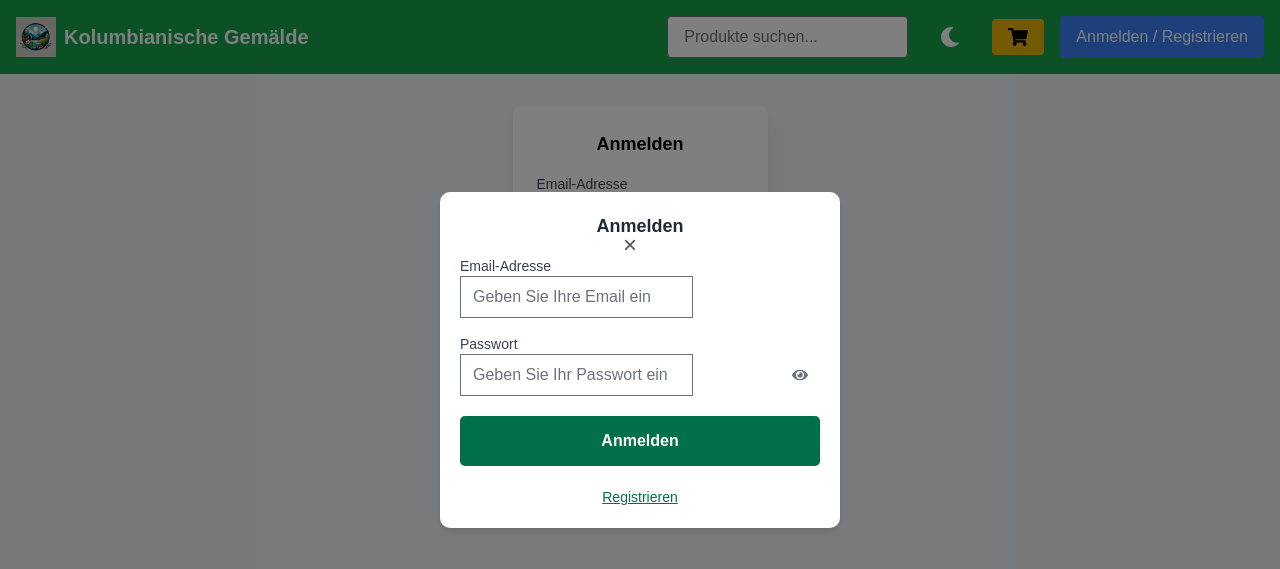
Repository: alixchaparrov/bilder-shop
Page: /, after clicking the first element matching `button.bg-blue-500`
An editor plug-in stored every save of this project. The page is shown before and after the next save, followed by the edit.
The browser window is 1280 px wide. The pictures show the whole page.
The page's requests for data from a server got no answer. The project was rebuilt for these pictures with package versions that can differ from the ones it lists, and the page was loaded fresh each time. The framework's server and built-in components were replaced by stand-ins that run in the browser. No one was signed in, and anything a server would have sent is missing. Also part of the build but not shown: next.config.ts, src/store/cartStore.ts, src/app/components/ProductCard.tsx.

Above is the page before, as saved 2025-01-06 16:45:06.

### src/app/layout.tsx
"use client";

import "./globals.css";
import { AuthProvider } from "../context/AuthContext";

export default function RootLayout({
  children,
}: {
  children: React.ReactNode;
}) {
  return (
    <html lang="de">
      <head>
        <title>Kolumbianische Gemälde</title>
        <meta
          name="description"
          content="Galerie von kolumbianischen Landschaftsgemälden. Entdecken Sie die Schönheit Kolumbiens durch unsere einzigartigen Kunstwerke."
        />
        <meta
          name="keywords"
          content="Kolumbianische Kunst, Landschaftsgemälde, Gemälde kaufen"
        />
        <link rel="icon" href="/favicon.ico" />
      </head>
      <body>
        <AuthProvider>
          {children}
        </AuthProvider>
      </body>
    </html>
  );
}

### src/app/page.tsx
"use client";

import { useState, useEffect } from "react";
import client from "@/lib/sanity";
import ProductCard from "@/app/components/ProductCard";
import Navbar from "@/app/components/Navbar";
import { useCartStore } from "@/store/cartStore";
import { useAuth } from "../context/AuthContext";

export default function Home() {
  const [searchQuery, setSearchQuery] = useState(""); // Estado para la búsqueda
  const [darkMode, setDarkMode] = useState(false); // Estado para modo oscuro
  const [products, setProducts] = useState([]); // Estado para los productos
  const { user, login, register } = useAuth(); // Contexto de autenticación
  const [currentPage, setCurrentPage] = useState(1); // Estado para la paginación
  const itemsPerPage = 6; // Número de productos por página
  const [email, setEmail] = useState("");
  const [password, setPassword] = useState("");
  const [error, setError] = useState<string | null>(null);

  useEffect(() => {
    const fetchProducts = async () => {
      try {
        const fetchedProducts = await client.fetch(`*[_type == "product"]`);
        setProducts(fetchedProducts);
      } catch (err) {
        console.error("Error al cargar productos:", err);
      }
    };

    fetchProducts();
  }, []);

  const handleLogin = async (e: React.FormEvent) => {
    e.preventDefault();
    setError(null);
    try {
      await login(email, password);
    } catch (err: any) {
      setError(err.message || "Error al iniciar sesión.");
    }
  };

  const filteredProducts = products.filter((product) =>
    product.name.toLowerCase().includes(searchQuery.toLowerCase())
  );

  const totalPages = Math.ceil(filteredProducts.length / itemsPerPage);

  const displayedProducts = filteredProducts.slice(
    (currentPage - 1) * itemsPerPage,
    currentPage * itemsPerPage
  );

  if (!user) {
    // Mostrar formulario de inicio de sesión
    return (
      <div
        className={`min-h-screen flex flex-col ${
          darkMode ? "bg-gray-900 text-white" : "bg-gray-100 text-black"
        }`}
      >
        <Navbar
          searchQuery={searchQuery}
          setSearchQuery={setSearchQuery}
          toggleDarkMode={() => setDarkMode(!darkMode)}
          darkMode={darkMode}
        />
        <main className="flex-grow pt-24 p-4 sm:p-8 max-w-7xl mx-auto">
          <div className="bg-white rounded-lg shadow-lg p-6 w-full max-w-sm mx-auto">
            <h2 className="text-lg font-semibold text-center mb-4">Anmelden</h2>
            {error && <p className="text-red-500 text-sm">{error}</p>}
            <form onSubmit={handleLogin} className="space-y-4">
              <div>
                <label htmlFor="email" className="block text-sm font-medium text-gray-700">
                  Email-Adresse
                </label>
                <input
                  id="email"
                  type="email"
                  placeholder="Email"
                  value={email}
                  onChange={(e) => setEmail(e.target.value)}
                  className="mt-1 block w-full rounded-md border-gray-300 shadow-sm focus:ring-blue-500 focus:border-blue-500 sm:text-sm"
                  required
                />
              </div>
              <div>
                <label htmlFor="password" className="block text-sm font-medium text-gray-700">
                  Passwort
                </label>
                <input
                  id="password"
                  type="password"
                  placeholder="Passwort"
                  value={password}
                  onChange={(e) => setPassword(e.target.value)}
                  className="mt-1 block w-full rounded-md border-gray-300 shadow-sm focus:ring-blue-500 focus:border-blue-500 sm:text-sm"
                  required
                />
              </div>
              <button
                type="submit"
                className="w-full bg-blue-500 hover:bg-blue-600 text-white font-semibold py-2 rounded-md focus:outline-none"
              >
                Anmelden
              </button>
            </form>
          </div>
        </main>
      </div>
    );
  }

  // Mostrar productos si el usuario está autenticado
  return (
    <div
      className={`min-h-screen flex flex-col ${
        darkMode ? "bg-gray-900 text-white" : "bg-gray-100 text-black"
      }`}
    >
      <Navbar
        searchQuery={searchQuery}
        setSearchQuery={setSearchQuery}
        toggleDarkMode={() => setDarkMode(!darkMode)}
        darkMode={darkMode}
      />
      <main className="flex-grow pt-24 p-4 sm:p-8 max-w-7xl mx-auto">
        <h2 className="text-2xl sm:text-3xl lg:text-4xl font-semibold text-center mb-6">
          Unsere Gemälde
        </h2>
        {filteredProducts.length > 0 ? (
          <div className="grid grid-cols-1 sm:grid-cols-2 lg:grid-cols-3 gap-6">
            {displayedProducts.map((product) => (
              <ProductCard key={product._id} product={product} />
            ))}
          </div>
        ) : (
          <p className="text-center text-gray-500">Keine Produkte gefunden.</p>
        )}

        <div className="flex justify-center items-center mt-8 space-x-4">
          <button
            className="bg-gray-300 px-4 py-2 rounded-lg"
            disabled={currentPage === 1}
            onClick={() => setCurrentPage(1)}
          >
            Inicio
          </button>
          <button
            className="bg-gray-300 px-4 py-2 rounded-lg"
            disabled={currentPage === 1}
            onClick={() => setCurrentPage(currentPage - 1)}
          >
            Anterior
          </button>
          <span>
            Página {currentPage} de {totalPages}
          </span>
          <button
            className="bg-gray-300 px-4 py-2 rounded-lg"
            disabled={currentPage === totalPages}
            onClick={() => setCurrentPage(currentPage + 1)}
          >
            Siguiente
          </button>
          <button
            className="bg-gray-300 px-4 py-2 rounded-lg"
            disabled={currentPage === totalPages}
            onClick={() => setCurrentPage(totalPages)}
          >
            Final
          </button>
        </div>
      </main>
    </div>
  );
}

### src/app/globals.css
@tailwind base;
@tailwind components;
@tailwind utilities;

/* Variables de color */
:root {
  --background: #ffffff; /* Fondo claro */
  --foreground: #000000; /* Texto oscuro */
  --primary: #00704A; /* Verde primario */
  --secondary: #FFB400; /* Amarillo vibrante */
  --accent: #D62828; /* Rojo cálido */
}

.dark {
  --background: #000000; /* Fondo oscuro */
  --foreground: #ffffff; /* Texto claro */
  --primary: #34D399; /* Verde más claro para fondo oscuro */
  --secondary: #FACC15; /* Amarillo claro para fondo oscuro */
  --accent: #EF4444; /* Rojo vibrante */
}

@media (prefers-color-scheme: dark) {
  :root {
    --background: #0a0a0a;
    --foreground: #ededed;
  }
}

/* Estilo general */
body {
  color: var(--foreground);
  background: var(--background);
  font-family: Arial, Helvetica, sans-serif;
  line-height: 1.6; /* Mejor legibilidad */
}

/* Espaciado adicional */
main {
  padding-top: 6rem; /* Más espacio debajo de la barra de navegación */
}

/* Botones */
.btn-primary {
  @apply px-4 py-2 font-bold rounded transition duration-300;
}

.btn-green {
  @apply bg-green-500 text-white px-4 py-2 rounded-lg hover:bg-green-600 active:scale-95 shadow-sm;
}

.btn-yellow {
  @apply bg-yellow-500 text-black px-4 py-2 rounded-lg hover:bg-yellow-600 active:scale-95 shadow-sm;
}

.btn-gray {
  @apply bg-gray-600 text-gray-400 opacity-50 cursor-not-allowed shadow-none px-4 py-2;
}

/* Botón del carrito */
.cart-button {
  @apply relative flex items-center justify-center p-2 rounded-full bg-yellow-500 hover:bg-yellow-600 transition-colors duration-300 shadow-md;
}

.cart-counter {
  @apply absolute -top-1 -right-1 bg-red-500 text-white rounded-full w-6 h-6 flex items-center justify-center text-sm font-bold shadow-lg;
}

/* Iconos */
.icon-cart {
  @apply flex items-center justify-center rounded-full p-2 shadow-md;
  background-color: var(--secondary);
  color: var(--foreground);
  transition: transform 0.3s;
}

.icon-cart:hover {
  @apply scale-105;
}

.icon-cart-badge {
  @apply absolute bg-red-500 text-white rounded-full flex items-center justify-center text-xs font-bold;
  width: 1.5rem;
  height: 1.5rem;
  top: -0.5rem;
  right: -0.5rem;
  box-shadow: 0 2px 4px rgba(0, 0, 0, 0.2);
}

/* Modal del carrito */
.modal-overlay {
  @apply fixed inset-0 bg-black bg-opacity-60 flex justify-center items-center z-50;
}

.modal-content {
  @apply bg-white text-black dark:bg-gray-800 dark:text-gray-200 p-6 rounded-lg shadow-lg max-w-lg w-full;
}

.modal-content .text-lg {
  font-size: 1.125rem;
}

.modal-content .text-xl {
  font-size: 1.25rem;
  font-weight: bold;
  color: var(--primary); /* Usa tu color principal */
}


.modal-header {
  @apply text-lg font-bold mb-4 text-center;
}

.modal-close {
  @apply mt-4 w-full bg-gray-800 text-white py-2 rounded hover:bg-gray-700 dark:bg-gray-600 dark:hover:bg-gray-500;
}

/* Estilo para las tarjetas */
.card {
  @apply bg-card shadow-card rounded-lg overflow-hidden flex flex-col transition-transform duration-300 hover:scale-105 hover:shadow-lg;
}

.card-title {
  @apply text-lg sm:text-xl font-serif font-bold;
}

.card-description {
  @apply text-sm sm:text-base text-gray-600;
}

.card-price {
  @apply text-lg font-semibold text-accent mt-2;
}

.cart-button {
  @apply relative flex items-center justify-center p-2 rounded-full bg-yellow-500 hover:bg-yellow-600 transition-colors duration-300 shadow-md;
}

.cart-counter {
  @apply absolute -top-1 -right-1 bg-red-500 text-white rounded-full w-6 h-6 flex items-center justify-center text-sm font-bold shadow-lg;
}

/* Estilo para inputs */
input[type="text"] {
  @apply px-4 py-2 rounded border focus:outline-none focus:ring-2 focus:ring-secondary;
  transition: box-shadow 0.3s;
  color: #000 !important;
}

/* Transiciones suaves */
button {
  transition: transform 0.3s ease, background-color 0.3s ease, color 0.3s ease;
}

button:hover {
  transform: translateY(-2px);
}

button:active {
  transform: scale(0.95);
}

/* Contenedor de las tarjetas */
.grid-container {
  @apply gap-8;
}


/* Ajustes específicos para el diseño */
.navbar {
  @apply bg-primary text-textLight fixed top-0 left-0 right-0 z-50 flex justify-between items-center p-4;
}

.navbar input {
  @apply bg-white border-gray-300 rounded px-4 py-2 focus:outline-none focus:ring-2 focus:ring-secondary;
}

.footer {
  @apply bg-gray-800 text-white text-center py-6;
}

.modal {
  position: fixed; /* Para que esté fijo en la pantalla */
  top: 50%; /* Centrar verticalmente */
  left: 50%; /* Centrar horizontalmente */
  transform: translate(-50%, -50%); /* Ajuste para centrar correctamente */
  z-index: 1000; /* Asegúrate de que esté encima de otros elementos */
  background-color: white; /* Fondo del modal */
  padding: 20px; /* Espaciado interno */
  border-radius: 10px; /* Bordes redondeados */
  box-shadow: 0 4px 6px rgba(0, 0, 0, 0.1); /* Sombra */
  width: 90%; /* Ajusta el ancho según lo que necesites */
  max-width: 400px; /* Ancho máximo */
}

.modal-overlay {
  position: fixed;
  top: 0;
  left: 0;
  width: 100%;
  height: 100%;
  background: rgba(0, 0, 0, 0.6); /* Fondo semitransparente */
  display: flex;
  justify-content: center;
  align-items: center;
  z-index: 999; /* Por encima de todo */
}

.modal-content {
  background: white;
  border-radius: 10px; /* Bordes redondeados */
  box-shadow: 0 4px 12px rgba(0, 0, 0, 0.15); /* Sombra */
  padding: 20px;
  width: 90%; /* Asegura que se adapte a pantallas pequeñas */
  max-width: 400px; /* Ancho máximo */
  animation: fadeIn 0.3s ease-in-out; /* Animación */
}


@keyframes fadeIn {
  from {
    opacity: 0;
    transform: scale(0.9);
  }
  to {
    opacity: 1;
    transform: scale(1);
  }
}

.modal-close {
  position: absolute;
  top: 10px;
  right: 10px;
  background: none;
  border: none;
  font-size: 1.5rem;
  cursor: pointer;
  color: #555;
  transition: color 0.2s;
}

.modal-close:hover {
  color: #000;
}

/* Contenedor del modal */
.modal-container {
  position: relative;
  padding: 20px;
  border-radius: 10px;
  box-shadow: 0 4px 6px rgba(0, 0, 0, 0.1);
  width: 100%;
  max-width: 400px;
  background-color: #ffffff;
  display: flex;
  flex-direction: column;
  align-items: center;
}

/* Botón de cierre */
.modal-close {
  position: absolute;
  top: 10px;
  right: 10px;
  background: none;
  border: none;
  font-size: 1.5rem;
  color: #555;
  cursor: pointer;
  transition: color 0.3s;
}

.modal-close:hover {
  color: #000;
}

/* Botón principal */
.button {
  width: 100%;
  padding: 12px 20px;
  background-color: #00704A; /* Verde más atractivo */
  color: #ffffff;
  border: none;
  border-radius: 5px;
  font-size: 16px;
  font-weight: bold;
  text-align: center;
  cursor: pointer;
  transition: background-color 0.3s ease, transform 0.2s ease;
}

.button:hover {
  background-color: #005c3a;
  transform: scale(1.03);
}

/* Enlace */
.link {
  margin-top: 10px;
  font-size: 14px;
  color: #00704A;
  text-decoration: underline;
  cursor: pointer;
}

.link:hover {
  color: #005c3a;
}

/* Contenedor de botones */
.button-container {
  display: flex;
  flex-direction: column;
  gap: 10px;
  width: 100%;
  margin-top: 20px;
}

### src/context/AuthContext.tsx
import { createContext, useContext, useState, ReactNode } from "react";

interface User {
  id: number;
  name: string;
  email: string;
  role: string;
}

interface AuthContextType {
  user: User | null;
  login: (email: string, password: string) => Promise<void>;
  register: (name: string, email: string, password: string) => Promise<void>;
  logout: () => void;
}

const AuthContext = createContext<AuthContextType | null>(null);

export const AuthProvider = ({ children }: { children: ReactNode }) => {
  const [user, setUser] = useState<User | null>(null);

  const login = async (email: string, password: string): Promise<void> => {
    try {
      const response = await fetch("/api/auth/nextauth", {
        method: "POST",
        headers: { "Content-Type": "application/json" },
        body: JSON.stringify({ email, password }),
      });

      if (!response.ok) {
        const error = await response.json();
        throw new Error(error.error);
      }

      const data = await response.json();
      setUser(data.user);
    } catch (error) {
      console.error("Error en login:", error);
      throw error;
    }
  };

  const register = async (
    name: string,
    email: string,
    password: string
  ): Promise<void> => {
    try {
      const response = await fetch("/api/register", {
        method: "POST",
        headers: { "Content-Type": "application/json" },
        body: JSON.stringify({ name, email, password }),
      });

      if (!response.ok) {
        const error = await response.json();
        throw new Error(error.error);
      }

      const data = await response.json();
      setUser(data.user); // Puedes decidir si autenticar automáticamente después del registro
    } catch (error) {
      console.error("Error en register:", error);
      throw error;
    }
  };

  const logout = (): void => {
    setUser(null);
    localStorage.removeItem("user"); // Si estás usando almacenamiento persistente
    window.location.href = "/";
  };

  return (
    <AuthContext.Provider value={{ user, login, register, logout }}>
      {children}
    </AuthContext.Provider>
  );
};

export const useAuth = () => {
  const context = useContext(AuthContext);
  if (!context) {
    throw new Error("useAuth debe ser utilizado dentro de un AuthProvider.");
  }
  return context;
};

### src/lib/sanity.ts
import { createClient } from "@sanity/client";
import imageUrlBuilder from "@sanity/image-url";

const client = createClient({
  projectId: process.env.SANITY_PROJECT_ID || "mo3mvugi",
  dataset: process.env.SANITY_DATASET || "production",
  apiVersion: "2023-01-01",
  useCdn: true,
  token: process.env.SANITY_WRITE_TOKEN,
});

const builder = imageUrlBuilder(client);

export const urlFor = (source) => builder.image(source);

export default client;

### src/app/components/Navbar.tsx
"use client";

import { useState, useEffect } from "react";
import { useRouter } from "next/navigation";
import { useAuth } from "../../context/AuthContext";
import { FaShoppingCart, FaMoon, FaSun } from "react-icons/fa";
import AuthModal from "../components/AuthModalContent";

export default function Navbar({
  searchQuery,
  setSearchQuery,
  toggleDarkMode,
  darkMode,
}: {
  searchQuery: string;
  setSearchQuery: (value: string) => void;
  toggleDarkMode: () => void;
  darkMode: boolean;
}) {
  const [isCartOpen, setIsCartOpen] = useState(false);
  const [isAuthModalOpen, setIsAuthModalOpen] = useState(false);
  const { user, logout } = useAuth();
  const router = useRouter();

  useEffect(() => {
    if (user?.role === "admin") {
      router.push("/admin/dashboard"); // Redirigir automáticamente al dashboard si es admin
    }
  }, [user, router]);

  return (
    <nav className="flex justify-between items-center p-4 bg-green-600 text-white">
      <div className="flex items-center">
        <img src="/images/logo.png" alt="Logo" className="h-10 w-10 mr-2" />
        <h1 className="text-xl font-bold">Kolumbianische Gemälde</h1>
      </div>

      <div className="flex items-center space-x-4">
        <input
          type="text"
          placeholder="Produkte suchen..."
          className="px-4 py-2 rounded-lg text-black"
          value={searchQuery}
          onChange={(e) => setSearchQuery(e.target.value)}
        />
        <button className="px-4 py-2 rounded-lg" onClick={toggleDarkMode}>
          {darkMode ? <FaSun size={20} /> : <FaMoon size={20} />}
        </button>

        <button
          className="relative flex items-center space-x-2 bg-yellow-500 hover:bg-yellow-600 text-black px-4 py-2 rounded"
          onClick={() => setIsCartOpen(true)}
        >
          <FaShoppingCart size={20} />
        </button>

        {user ? (
          <div className="flex items-center space-x-4">
            <span>Willkommen, {user.name}</span>
            {user.role === "admin" && (
              <button
                className="bg-blue-500 hover:bg-blue-600 text-white px-4 py-2 rounded"
                onClick={() => router.push("/admin/dashboard")}
              >
                Dashboard
              </button>
            )}
            <button
              onClick={logout}
              className="bg-red-500 hover:bg-red-600 text-white px-4 py-2 rounded"
            >
              Abmelden
            </button>
          </div>
        ) : (
          <button
            onClick={() => setIsAuthModalOpen(true)}
            className="bg-blue-500 hover:bg-blue-600 text-white px-4 py-2 rounded"
          >
            Anmelden / Registrieren
          </button>
        )}
      </div>

      {/* Render del Modal */}
      {isAuthModalOpen && (
        <AuthModal onClose={() => setIsAuthModalOpen(false)} />
      )}
    </nav>
  );
}

### src/app/components/AuthModalContent.tsx
"use client";

import { useState } from "react";
import { useAuth } from "../../context/AuthContext";
import { FaUser, FaEye, FaEyeSlash } from "react-icons/fa";

export default function AuthModal({ onClose }: { onClose: () => void }) {
  const { login, register } = useAuth();
  const [name, setName] = useState("");
  const [email, setEmail] = useState("");
  const [password, setPassword] = useState("");
  const [isRegistering, setIsRegistering] = useState(false);
  const [error, setError] = useState<string | null>(null);
  const [showPassword, setShowPassword] = useState(false);
  const [loading, setLoading] = useState(false);

  const handleSubmit = async (e: React.FormEvent) => {
    e.preventDefault();
    setError(null);
    setLoading(true);
    try {
      if (isRegistering) {
        await register(name, email, password);
        alert("Registrierung erfolgreich");
      } else {
        await login(email, password);
        alert("Anmeldung erfolgreich");
      }
      onClose();
    } catch (err: any) {
      setError(err.message || "Ein Fehler ist aufgetreten.");
    } finally {
      setLoading(false);
    }
  };

  return (
    <div
      className="fixed inset-0 flex items-center justify-center bg-black bg-opacity-50 z-50"
      onClick={onClose}
    >
      <div className="modal-container">
  {/* Botón de cierre */}
  <button className="modal-close" onClick={onClose}>
    &times;
  </button>

  {/* Título */}
  <h2 className="text-lg font-semibold text-gray-800">
    {isRegistering ? "Registrieren" : "Anmelden"}
  </h2>

  {/* Formulario */}
  <form onSubmit={handleSubmit} className="w-full mt-4">
    <div>
      <label htmlFor="email" className="block text-sm font-medium text-gray-700">
        Email-Adresse
      </label>
      <input
        id="email"
        type="email"
        value={email}
        onChange={(e) => setEmail(e.target.value)}
        className="input"
        placeholder="Geben Sie Ihre Email ein"
        required
      />
    </div>
    <div className="mt-4">
      <label
        htmlFor="password"
        className="block text-sm font-medium text-gray-700"
      >
        Passwort
      </label>
      <div className="relative">
        <input
          id="password"
          type={showPassword ? "text" : "password"}
          value={password}
          onChange={(e) => setPassword(e.target.value)}
          className="input"
          placeholder="Geben Sie Ihr Passwort ein"
          required
        />
        <button
          type="button"
          onClick={() => setShowPassword(!showPassword)}
          className="absolute inset-y-0 right-0 flex items-center px-3 text-gray-500 focus:outline-none"
        >
          {showPassword ? <FaEyeSlash /> : <FaEye />}
        </button>
      </div>
    </div>

    {/* Botones y enlace */}
    <div className="button-container">
      <button type="submit" className="button">
        {isRegistering ? "Registrieren" : "Anmelden"}
      </button>
      <button
        type="button"
        onClick={() => setIsRegistering(!isRegistering)}
        className="link"
      >
        {isRegistering ? "Anmelden" : "Registrieren"}
      </button>
    </div>
  </form>
</div>

    </div>
  );
}

### tailwind.config.ts
import type { Config } from "tailwindcss";

const config: Config = {
  content: [
    "./src/**/*.{js,ts,jsx,tsx}",
    "./src/pages/**/*.{js,ts,jsx,tsx}",
    "./src/components/**/*.{js,ts,jsx,tsx}",
    "./src/app/**/*.{js,ts,jsx,tsx}",
  ],
  theme: {
    extend: {
      colors: {
        primary: "#00704A",
        secondary: "#FFB400",
        accent: "#D62828",
        background: "#F3F4F6",
        card: "#FFFFFF",
        textDark: "#1B1B1B",
        textLight: "#FAFAFA",
      },
      fontFamily: {
        sans: ["Poppins", "sans-serif"],
        serif: ["Merriweather", "serif"],
      },
      boxShadow: {
        card: "0 4px 6px rgba(0, 0, 0, 0.1)",
      },
    },
  },
  darkMode: "class",
  plugins: [require("@tailwindcss/forms")],
};

export default config;

After the next save:
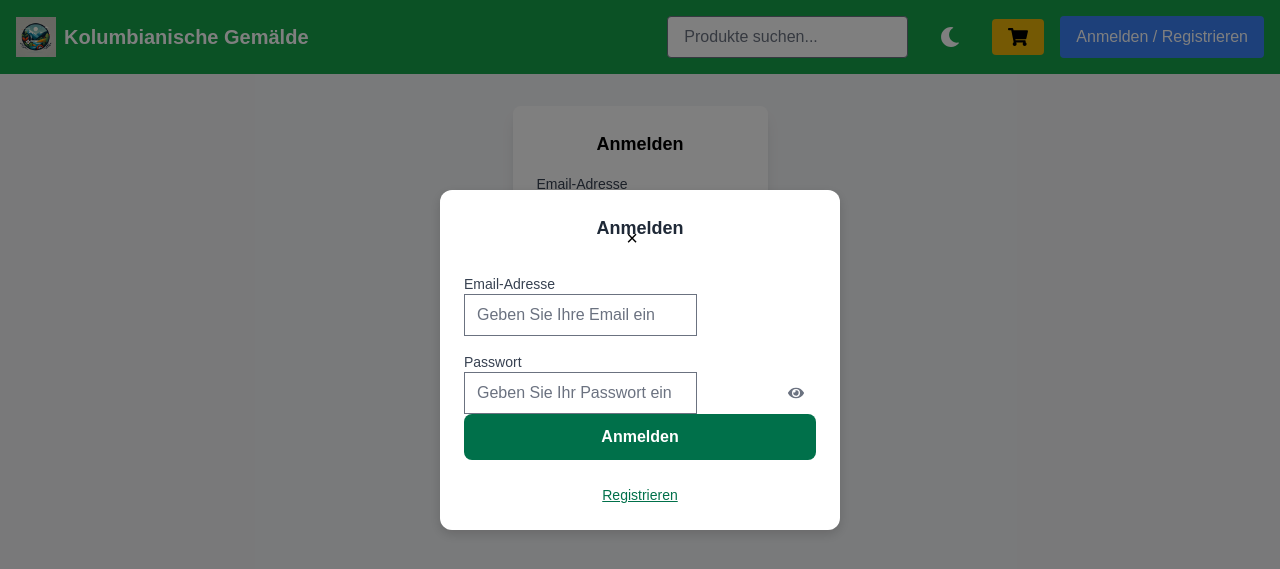
Saved 94 s later.
--- a/src/app/globals.css
+++ b/src/app/globals.css
@@ -246,43 +246,44 @@ button:active {
 /* Contenedor del modal */
 .modal-container {
   position: relative;
-  padding: 20px;
-  border-radius: 10px;
-  box-shadow: 0 4px 6px rgba(0, 0, 0, 0.1);
+  padding: 24px;
+  border-radius: 12px;
+  box-shadow: 0 4px 12px rgba(0, 0, 0, 0.15);
   width: 100%;
   max-width: 400px;
-  background-color: #ffffff;
+  background-color: var(--background);
   display: flex;
   flex-direction: column;
   align-items: center;
+  gap: 16px;
 }
 
 /* Botón de cierre */
 .modal-close {
   position: absolute;
-  top: 10px;
-  right: 10px;
+  top: 8px;
+  right: 8px;
   background: none;
   border: none;
-  font-size: 1.5rem;
-  color: #555;
+  font-size: 1.25rem;
+  color: var(--foreground);
   cursor: pointer;
-  transition: color 0.3s;
+  transition: color 0.3s ease;
 }
 
 .modal-close:hover {
-  color: #000;
+  color: var(--primary);
 }
 
 /* Botón principal */
 .button {
   width: 100%;
-  padding: 12px 20px;
-  background-color: #00704A; /* Verde más atractivo */
-  color: #ffffff;
+  padding: 10px 16px;
+  background-color: var(--primary);
+  color: var(--background);
   border: none;
-  border-radius: 5px;
-  font-size: 16px;
+  border-radius: 8px;
+  font-size: 1rem;
   font-weight: bold;
   text-align: center;
   cursor: pointer;
@@ -296,11 +297,12 @@ button:active {
 
 /* Enlace */
 .link {
-  margin-top: 10px;
-  font-size: 14px;
-  color: #00704A;
+  margin-top: 12px;
+  font-size: 0.875rem;
+  color: var(--primary);
   text-decoration: underline;
   cursor: pointer;
+  transition: color 0.2s ease;
 }
 
 .link:hover {
@@ -311,7 +313,6 @@ button:active {
 .button-container {
   display: flex;
   flex-direction: column;
-  gap: 10px;
+  gap: 12px;
   width: 100%;
-  margin-top: 20px;
-}
+}
